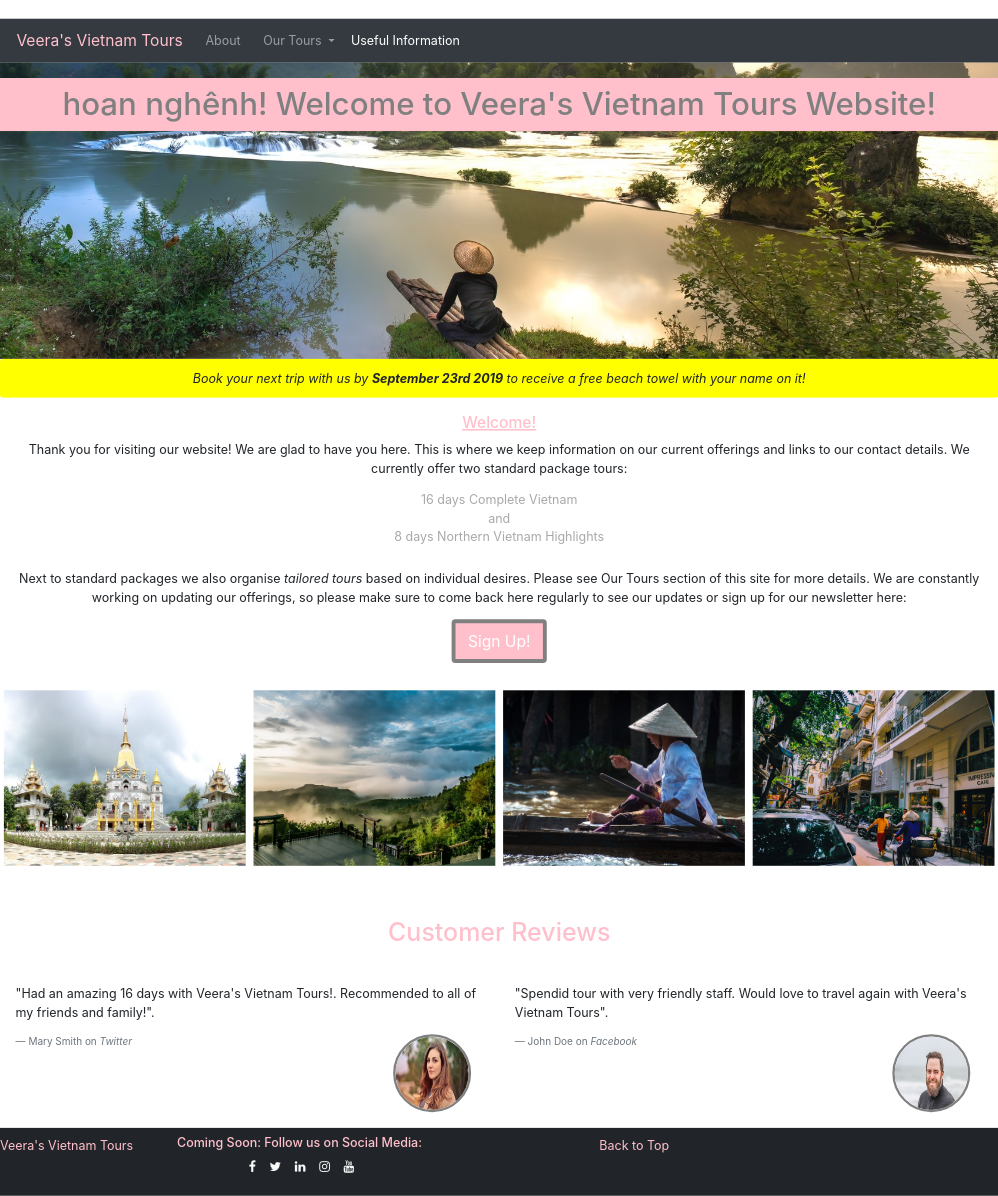
Repository: VAhola/VietnamTour
Page: index.html
The author's editor kept a record of every edit. The page is drawn from the files as they stood at one moment, then again after the next edit.
The browser window is 1280 px wide. The pictures show the whole page, at 78% of full size.

Above is the page before.

After the next edit:
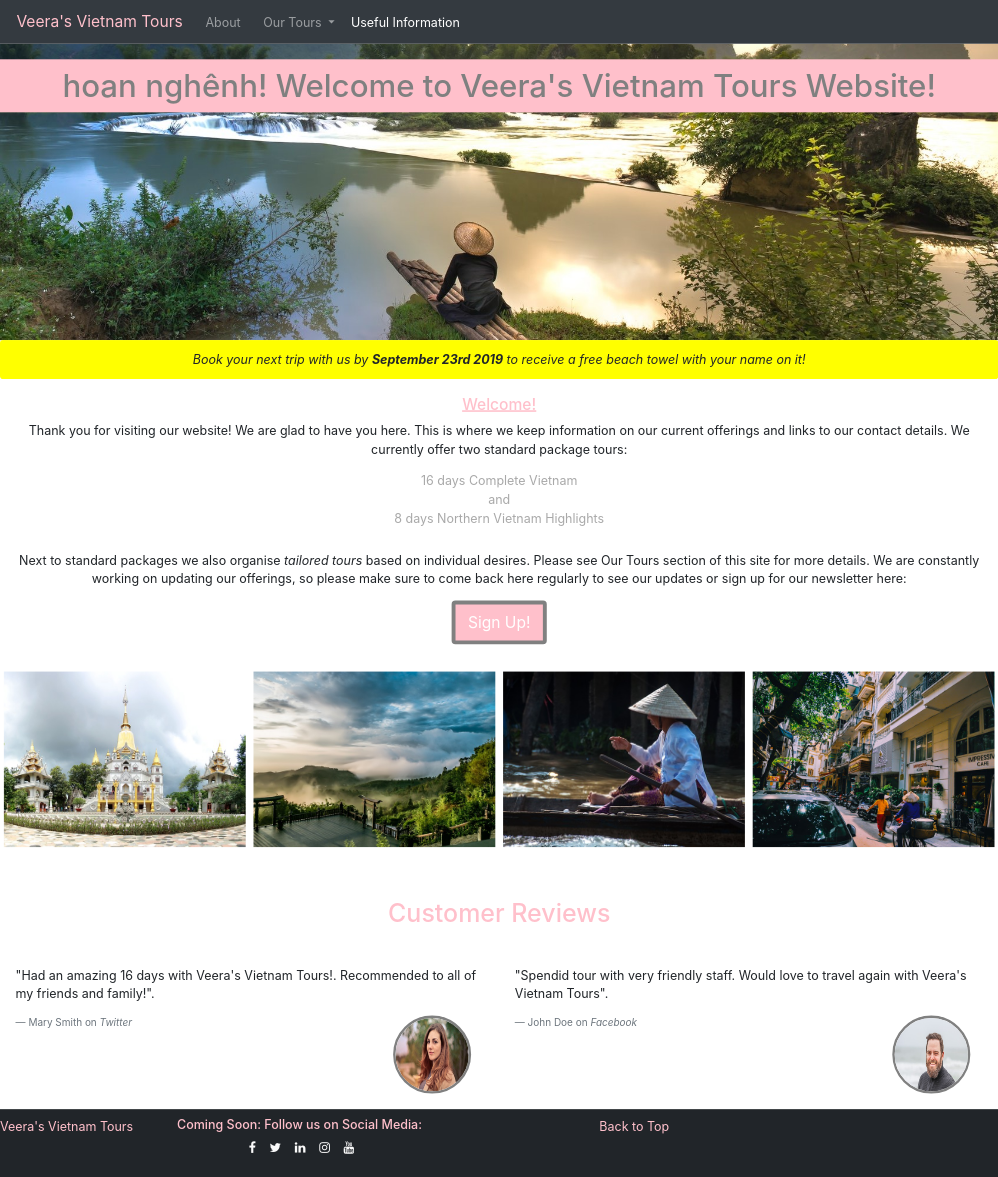
The edit:
--- a/index.html
+++ b/index.html
@@ -9,9 +9,8 @@
     <link rel="stylesheet" href="style.css" type="text/css" />
     <title>Vietnam Project</title>
 </head>
+<body>
 
-<body>
-<a name="top"></a>
 <!--Nav-->
 
 <nav class="navbar navbar-dark navbar-expand-sm bg-dark">
